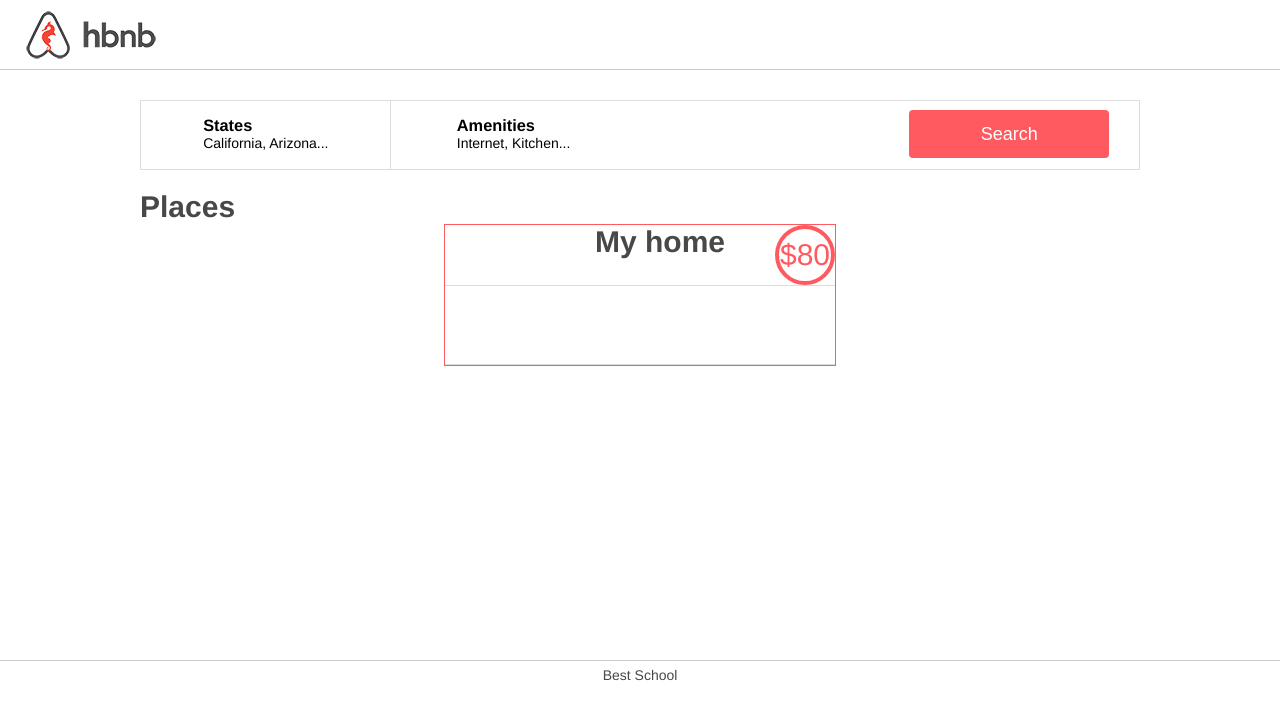
Repository: Eng-0marleves/AirBnB_clone
Page: web_static/8-index.html
The author's editor kept a copy of each file at every save. The page is drawn from the files as they stood at one save, then again after a run of saves.
The browser window is 1280 px wide. The pictures show the whole page.

Above is the page before, as saved 2023-12-18 06:56:36.

### web_static/8-index.html
<!DOCTYPE html>
<html lang="en">

<head>
	<meta charset="UTF-8">
	<meta name="viewport" content="width=device-width, initial-scale=1.0">
	<title>AirBnB Clone</title>
	<link rel="icon" href="images/icon.png">

	<link rel="stylesheet" href="styles/4-common.css">
	<link rel="stylesheet" href="styles/3-header.css">
	<link rel="stylesheet" href="styles/3-footer.css">
	<link rel="stylesheet" href="styles/6-filters.css">
	<link rel="stylesheet" href="styles/8-places.css">
</head>

<body>
	<header>
		<div class="logo"></div>
	</header>

	<div class="container">
		<section class="filters">
			<div class="locations">
				<h3 class="title">States</h3>
				<h4 class="subtitle">California, Arizona...</h4>
				<div class="dropdowen">
					<h3>Arizona:</h3>
					<ul class="popover">
						<li>
							<h4>Page 1</h4>
							<h4>Page 2</h4>
						</li>
						<h3>Arizona:</h3>
						<li>
							<h4>San Francisco</h4>
							<h4>Los Altos</h4>
						</li>
					</ul>
				</div>
			</div>
			<div class="amenities">
				<h3 class="title">Amenities</h3>
				<h4 class="subtitle">Internet, Kitchen...</h4>
				<div class="dropdowen">
					<ul>
						<h3>Internet:</h3>
						<li>
							<h4>TV</h4>
						</li>
						<h3>Kitchen:</h3>
						<li>
							<h4>Iron</h4>
						</li>
					</ul>
				</div>
			</div>
			<button>Search</button>
		</section>
		<section class="places">
			<h1>Places</h1>
			<div class="places-container">
				<article>
					<div class="header">
						<h2>My home</h2>
						<div class="price_by_night">
							$80
						</div>
					</div>
					<div class="information">

					</div>
				</article>
			</div>
		</section>
	</div>

	<footer>
		<p>Best School</p>
	</footer>
</body>

</html>

### web_static/styles/4-common.css
* {
  margin: 0;
  padding: 0;
  box-sizing: border-box;
  list-style: none;
}
body {
  margin: 0;
  padding: 0;
  color: #484848;
  font-size: 14px;
  font-family: Circular, "Helvetica Neue", Helvetica, Arial, sans-serif;
}

### web_static/styles/3-header.css
header {
  color: white;
  height: 70px;
  width: 100%;
  border-bottom: 1px solid #cccccc;
}

.logo {
  height: 100%;
  background: url("../images/logo.png") no-repeat;
  background-position: left;
  margin-left: 20px;
}

### web_static/styles/3-footer.css
footer {
  background-color: white;
  height: 60px;
  width: 100%;
  border-top: 1px solid #cccccc;
  position: absolute;
  bottom: 0;
  left: 0;
}

footer p {
  text-align: center;
  padding: 6px;
}

### web_static/styles/6-filters.css
.container {
  max-width: 1000px;
  margin: 30px auto;
}

.filters {
  color: white;
  height: 70px;
  width: 100%;
  border: 1px solid #dddddd;
}

.container button {
  display: block;
  font-size: 18px;
  color: #ffffff;
  background: #ff5a5f;
  height: 48px;
  width: 20%;
  border-radius: 4px;
  border: none;
  margin-left: auto;
  margin-right: 30px;
  margin-top: calc((70px + 48px) / 2 * -1);
}

.container button:hover {
  opacity: 90%;
}

.filters div {
  width: 25%;
  height: 100%;
  display: inline-block;
  color: #000;
  text-align: left;
  vertical-align: top;
  position: relative;
}

.filters div:first-child {
  border-right: 1px solid #dddddd;
}

.filters div .title {
  font-weight: 600;
  text-align: left;
  margin-left: 25%;
  margin-top: calc((70px - 40px) / 2);
}

.filters div .subtitle {
  font-weight: 400;
  font-size: 14px;
  text-align: left;
  margin-left: 25%;
}

.filters div:hover .dropdowen {
  display: block;
}

.filters div .dropdowen {
  display: none;
  position: absolute;
  top: 100%;
  left: 0;
  width: 100%;
  height: fit-content;
  background-color: #fafafa;
  border: 1px solid #dddddd;
  border-radius: 4px;
  box-shadow: 0 2px 4px rgba(0, 0, 0, 0.1);
}

.filters div .dropdowen h3 {
  font-size: 16px;
  margin: 10px;
}

.filters div .dropdowen li {
  margin: 5px 20px;
}

.filters div .title {
  font-weight: 600;
  text-align: left;
}

.filters div .subtitle {
  font-weight: 400;
  font-size: 14px;
  text-align: left;
}

### web_static/styles/8-places.css
.places {
  margin-top: 20px;
}

.places h1 {
  font-size: 30px;
}

.places .places-container {
  display: flex;
  justify-content: space-around;
  align-items: center;
  flex-wrap: wrap;
}

.places article {
  border: 1px solid #ff5a5f;
}

.places article .header {
  width: 390px;
  padding: 20px 20px 20px 0 20pz;
  display: flex;
  justify-content: flex-end;
}

.places article .header h2 {
  font-size: 30px;
  text-align: center;
  margin-right: 50px;
}

.places article .header .price_by_night {
  color: #ff5a5f;
  border: 4px solid #ff5a5f;
  min-width: 60px;
  height: 60px;
  font-size: 30px;
  display: flex;
  justify-content: center;
  align-items: center;
  border-radius: 50%;
}

.places article .information {
  height: 80px;
  border-top: 1px solid #dddddd;
  border-bottom: 1px solid #dddddd;
}

After the next 4 saves:
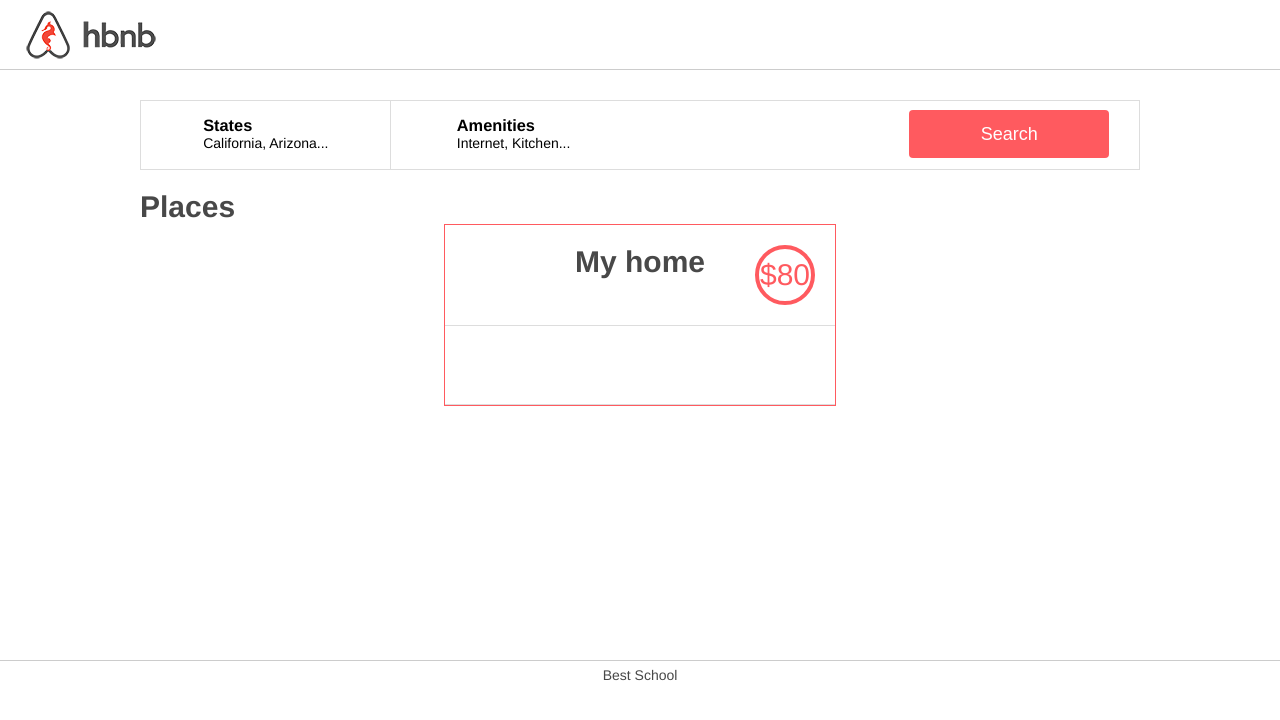
The 4 saves are shown as one change because they came seconds apart.
The last was saved 17 s later.
--- a/web_static/styles/8-places.css
+++ b/web_static/styles/8-places.css
@@ -19,7 +19,7 @@
 
 .places article .header {
   width: 390px;
-  padding: 20px 20px 20px 0 20pz;
+  padding: 20px;
   display: flex;
   justify-content: flex-end;
 }
